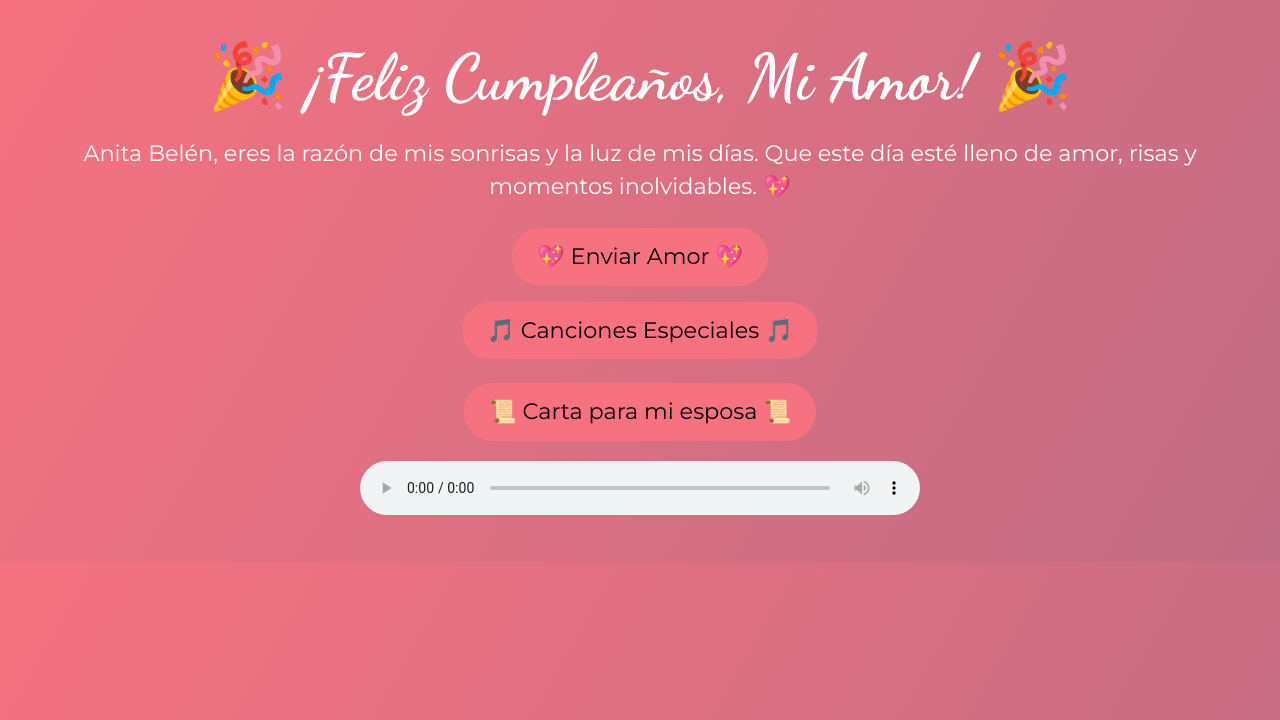
Repository: Jchimbo99/Esposa
Page: index.html
An editor plug-in stored every save of this project. The page is shown before and after the next save, followed by the edit.
The browser window is 1280 px wide. The pictures show the whole page.

Above is the page before, as saved 2025-01-24 10:29:41.

### index.html
<!DOCTYPE html>
<html lang="en">
<head>
    <meta charset="UTF-8">
    <meta name="viewport" content="width=device-width, initial-scale=1.0">
    <title>¡Feliz Cumpleaños, Amor!</title>
    <!-- Bootstrap CSS -->
    <link href="https://cdn.jsdelivr.net/npm/bootstrap@5.3.0-alpha3/dist/css/bootstrap.min.css" rel="stylesheet">
    <!-- Google Fonts -->
    <link href="https://fonts.googleapis.com/css2?family=Dancing+Script:wght@700&family=Montserrat:wght@400;700&display=swap" rel="stylesheet">
    <!-- Custom CSS -->
    <style>
        body {
            background: linear-gradient(120deg, #ff9a9e, #fad0c4);
            font-family: 'Montserrat', sans-serif;
            color: #fff;
            text-align: center;
            padding: 20px;
            animation: backgroundPulse 3s infinite alternate;
        }

        @keyframes backgroundPulse {
            0% { background: linear-gradient(120deg, #ff9a9e, #fad0c4); }
            100% { background: linear-gradient(120deg, #f67280, #c06c84); }
        }

        h1 {
            font-family: 'Dancing Script', cursive;
            font-size: 4rem;
            margin-top: 20px;
            color: #fff;
        }

        p {
            font-size: 1.4rem;
            margin: 20px 0;
        }

        .btn-custom {
            background-color: #f67280;
            border: none;
            color: black;
            padding: 12px 25px;
            font-size: 1.4rem;
            font-family: 'Montserrat', sans-serif;
            border-radius: 50px;
            transition: transform 0.3s, box-shadow 0.3s;
        }

        .btn-custom:hover {
            background-color: #c06c84;
            transform: scale(1.1);
            box-shadow: 0 4px 15px rgba(0, 0, 0, 0.2);
        }

        .video-container, #cartaContainer {
            display: none;
            margin-top: 20px;
        }

        iframe {
            width: 100%;
            max-width: 560px;
            height: 315px;
            border: none;
            margin-bottom: 20px;
            transition: transform 0.3s ease;
        }

        iframe:hover {
            transform: scale(1.05);
        }

        #carta {
            display: none;
            padding: 20px;
            background-color: #fff;
            color: #000;
            font-family: 'Dancing Script', cursive;
            border-radius: 10px;
            margin-top: 20px;
            box-shadow: 0px 4px 20px rgba(0, 0, 0, 0.1);
            animation: fadeIn 1s ease-in-out;
        }

        @keyframes fadeIn {
            0% { opacity: 0; }
            100% { opacity: 1; }
        }

        .carta p {
            font-size: 1.5rem;
            line-height: 1.6;
        }

        .carta .signature {
            font-size: 1.3rem;
            font-weight: bold;
            margin-top: 20px;
        }

        /* Reproductor de audio */
        audio {
            width: 100%;
            max-width: 560px;
            margin: 20px 0;
            border-radius: 8px;
        }
    </style>
</head>
<body>
    <div class="container">
        <h1>🎉 ¡Feliz Cumpleaños, Mi Amor! 🎉</h1>
        <p>Anita Belén, eres la razón de mis sonrisas y la luz de mis días. Que este día esté lleno de amor, risas y momentos inolvidables. 💖</p>

        <div class="mt-4">
            <button class="btn btn-custom" onclick="toggleHeartsAndPhrases()">💖 Enviar Amor 💖</button>
        </div>

        <div class="mt-3">
            <button class="btn btn-custom" onclick="toggleVideos()">🎵 Canciones Especiales 🎵</button>
        </div>

        <div id="videoContainer" class="video-container">
            <iframe width="560" height="315" src="https://www.youtube.com/embed/xvVUPGI8Kgo?si=GNEWsJaVjt3SjVSy" title="YouTube video player" frameborder="0" allow="accelerometer; autoplay; clipboard-write; encrypted-media; gyroscope; picture-in-picture; web-share" referrerpolicy="strict-origin-when-cross-origin" allowfullscreen></iframe>
            <iframe width="560" height="315" src="https://www.youtube.com/embed/nRUtraoH6Yg?si=6tFNvlgnT6he9E5Q" title="YouTube video player" frameborder="0" allow="accelerometer; autoplay; clipboard-write; encrypted-media; gyroscope; picture-in-picture; web-share" referrerpolicy="strict-origin-when-cross-origin" allowfullscreen></iframe>
        </div>
        <!-- Agregar el archivo de audio con autoplay -->
<audio id="audioPlayer" autoplay>
    <source src="/audio/Mon Laferte - Amor Completo.mp3" type="audio/mp3">
    Tu navegador no soporta el elemento de audio.
</audio>


        <!-- Nuevo botón para abrir la carta -->
        <div class="mt-4">
            <button class="btn btn-custom" onclick="toggleCarta()">📜 Carta para mi esposa 📜</button>
        </div>

        <!-- Contenedor de la carta -->
        <div id="cartaContainer">
            <div id="carta" class="carta">
                <p>Mi amor,</p>
                <p>Querida Anita Belén:</p>
                <p>Hoy, en el día de tu cumpleaños, quiero escribirte desde lo más profundo de mi corazón, porque no hay palabras suficientes para describir cuánto significas para mí...</p>
                <p class="signature">Con todo mi amor, [RUEDITAS]</p>
            </div>
        </div>

        <!-- Reproductor de música -->
        <div>
            <audio controls>
                <source src="/audio/Mon Laferte - Amor Completo.mp3" type="audio/mp3">
                Tu navegador no soporta el elemento de audio.
            </audio>
        </div>
    </div>

    <!-- Bootstrap JS -->
    <script src="https://cdn.jsdelivr.net/npm/bootstrap@5.3.0-alpha3/dist/js/bootstrap.bundle.min.js"></script>
    <!-- Custom JavaScript -->
    <script>
        const phrases = [
            "Eres mi sol en días nublados ☀️",
            "Te amo más de lo que las palabras pueden decir ❤️",
            "Gracias por hacer mi vida tan especial 🌟",
            "Eres el sueño del que nunca quiero despertar 💕",
            "Hoy celebramos el regalo más hermoso: tú 🎁"
        ];

        function toggleHeartsAndPhrases() {
    const body = document.body;

    // Evitar que se agreguen más corazones y frases si ya están en pantalla
    if (document.querySelectorAll('.heart').length === 0) {
        for (let i = 0; i < 20; i++) {
            const heart = document.createElement('div');
            heart.className = 'heart';
            heart.innerHTML = '❤️';
            heart.style.left = Math.random() * 100 + 'vw';
            heart.style.fontSize = Math.random() * 1.5 + 1 + 'rem';
            heart.style.animationDelay = Math.random() * 2 + 's';
            body.appendChild(heart);

            const phrase = document.createElement('div');
            phrase.className = 'phrase';
            phrase.innerHTML = phrases[Math.floor(Math.random() * phrases.length)];
            phrase.style.left = Math.random() * 100 + 'vw';
            phrase.style.animationDelay = Math.random() * 2 + 's';
            body.appendChild(phrase);
        }
    }
}

        function toggleVideos() {
            const videoContainer = document.getElementById('videoContainer');
            videoContainer.style.display = (videoContainer.style.display === 'none' || videoContainer.style.display === '') ? 'block' : 'none';
        }

        function toggleCarta() {
            const cartaContainer = document.getElementById('cartaContainer');
            const carta = document.getElementById('carta');

            if (cartaContainer.style.display === 'block') {
                cartaContainer.style.display = 'none';
                carta.style.display = 'none';
            } else {
                cartaContainer.style.display = 'block';
                setTimeout(() => {
                    carta.style.display = 'block';
                }, 200);
            }
        }
    </script>
</body>
</html>

After the next save:
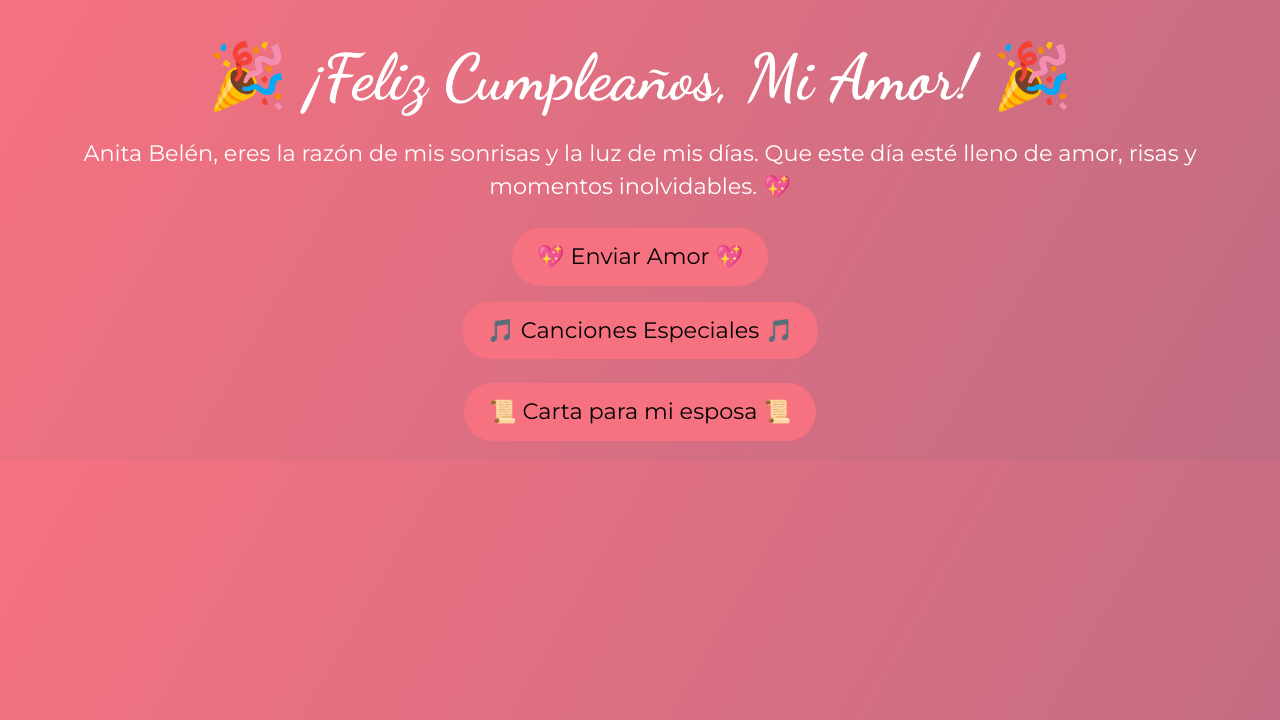
Saved 60 s later.
--- a/index.html
+++ b/index.html
@@ -101,11 +101,17 @@
 
         /* Reproductor de audio */
         audio {
-            width: 100%;
-            max-width: 560px;
-            margin: 20px 0;
-            border-radius: 8px;
-        }
+            display: none; /* Ocultar el reproductor */
+        }
+    </style>
+</head>
+<body>
+
+    <!-- Reproductor de audio oculto -->
+    <audio id="audioPlayer" autoplay>
+        <source src="/audio/Mon Laferte - Amor Completo.mp3" type="audio/mp3">
+        Tu navegador no soporta el elemento de audio.
+    </audio>
     </style>
 </head>
 <body>
